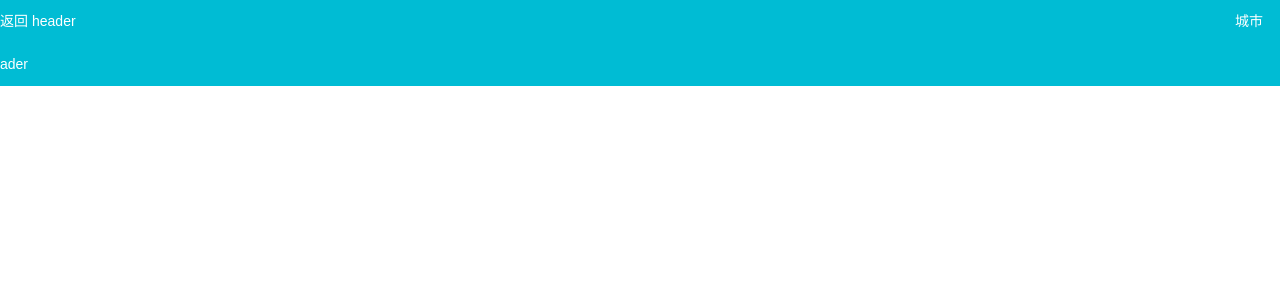
Repository: ruanjiangongcheng250/travel
Page: /
These files come from the project's save history. The page is drawn as it stood at one moment and after the next save; the edit follows.
The browser window is 1280 px wide. The pictures show the whole page.
The project was rebuilt for these pictures with package versions that can differ from the ones it lists, and the page was loaded fresh each time. Also part of the build but not shown: src/assets/styles/border.css.

Above is the page before, as saved 2019-06-12 10:39:05.

After the next save:
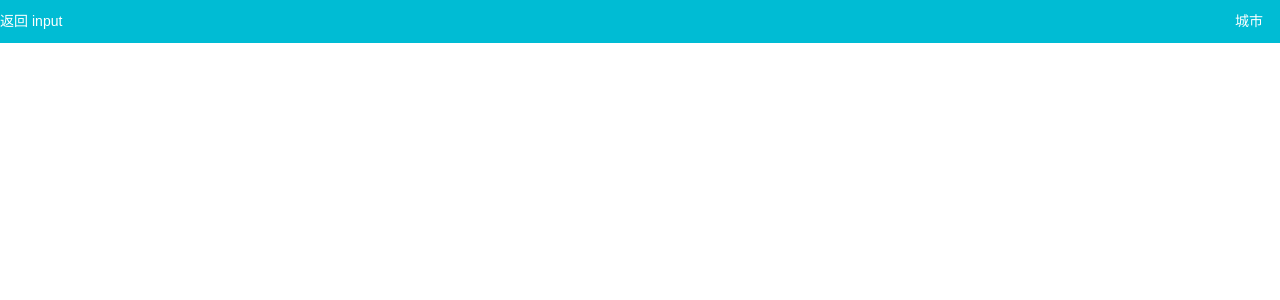
Saved 33 s later.
--- a/src/pages/home/components/HomeHeader.vue
+++ b/src/pages/home/components/HomeHeader.vue
@@ -1,7 +1,7 @@
 <template>
   <div class="header">
-    <div class="header-left">返回ader</div>
-    <div class="header-input">header</div>
+    <div class="header-left">返回</div>
+    <div class="header-input">input</div>
     <div class="header-right">城市</div>
   </div>
 </template>
